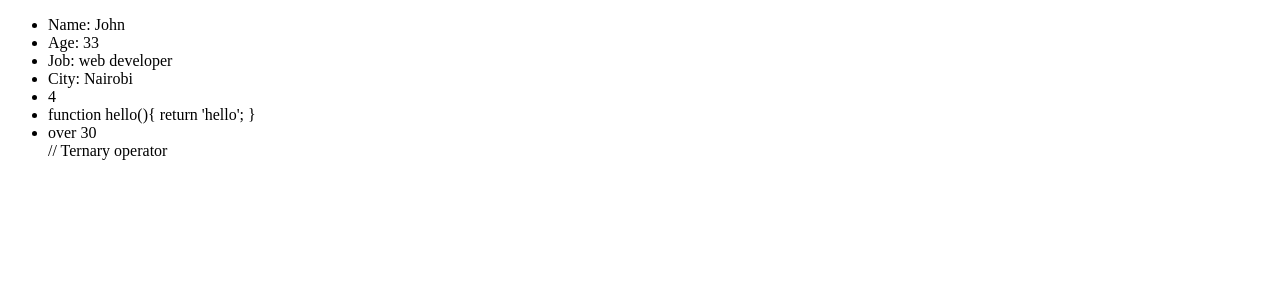
Repository: brianokanga/modern-javascript
Page: project/index.html
These files come from the project's save history. The page is drawn as it stood at one moment and after the next save; the edit follows.
The browser window is 1280 px wide. The pictures show the whole page.

Above is the page before, as saved 2020-03-29 02:16:29.

After the next save:
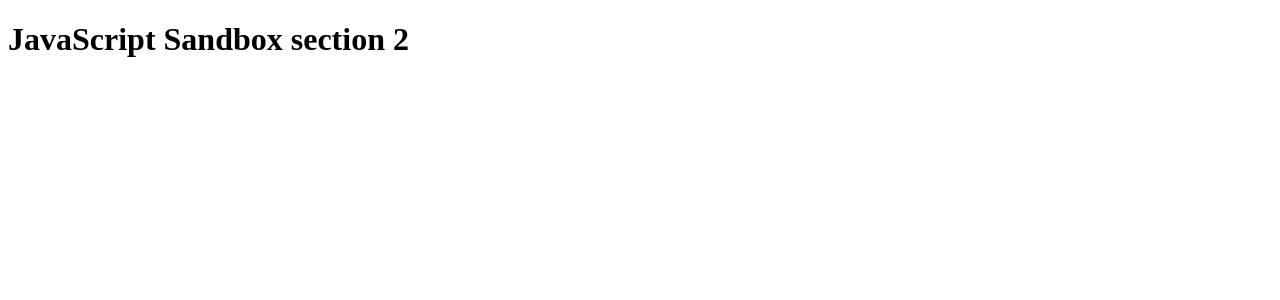
Not found: project/app2.js,,,,m
Saved 34 h 53 min later.
--- a/project/index.html
+++ b/project/index.html
@@ -10,7 +10,7 @@
 
 
     <!-- <script src="app.js"></script> -->
-    <script src="app2.js"></script>
+    <script src="app2.js,,,,m"></script>
 
 </body>
 </html>

After the save that followed:
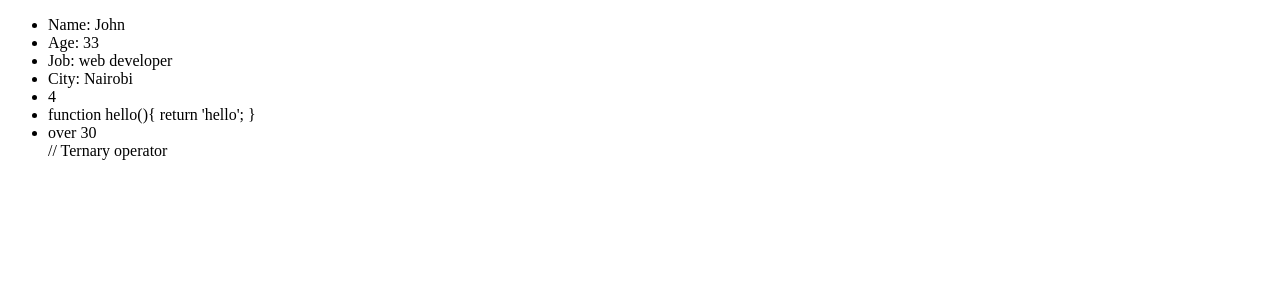
Saved 101 s later.
--- a/project/index.html
+++ b/project/index.html
@@ -10,7 +10,7 @@
 
 
     <!-- <script src="app.js"></script> -->
-    <script src="app2.js,,,,m"></script>
+    <script src="app2.js"></script>
 
 </body>
 </html>
